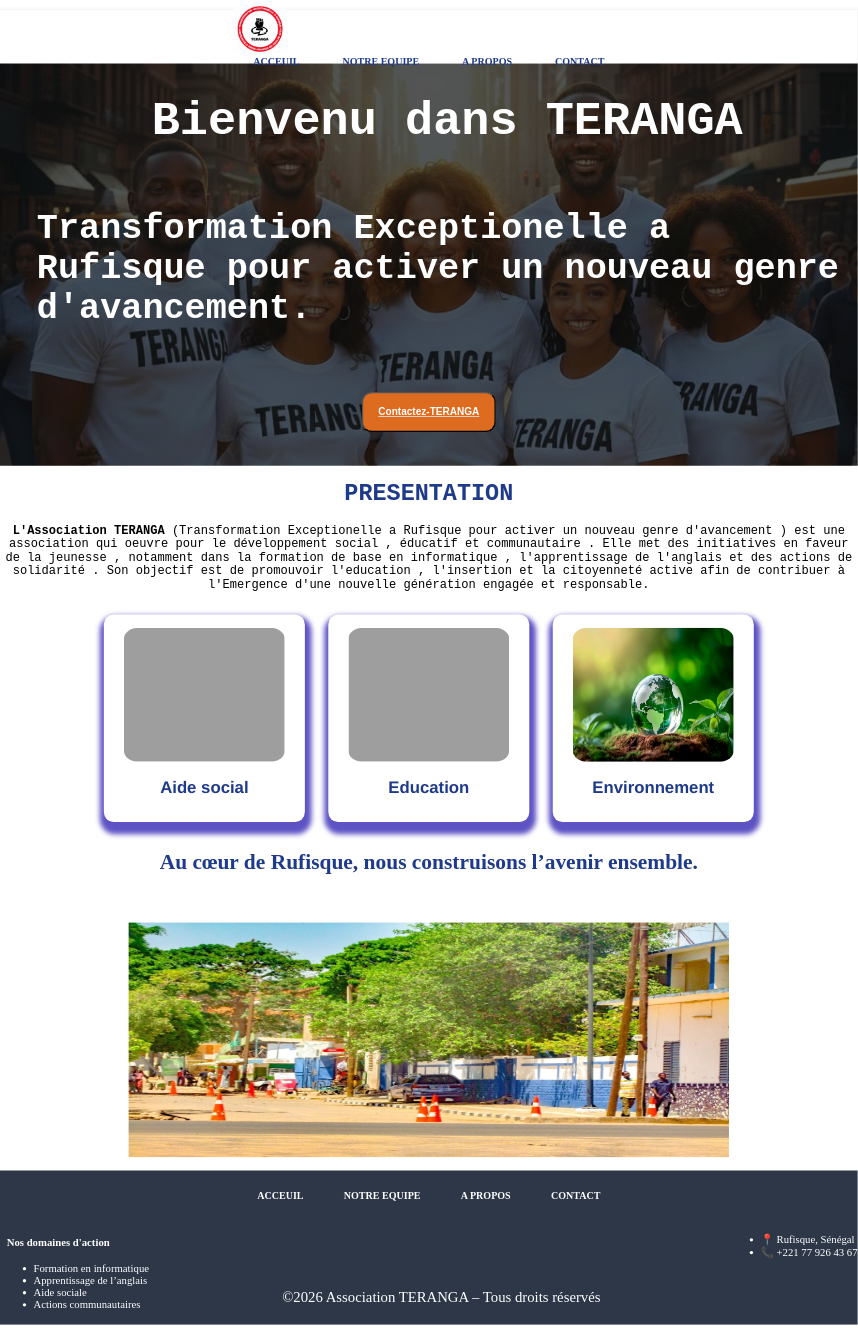
Repository: assanendao171/projet-teranga
Page: acceuil.html
An editor plug-in stored every save of this project. The page is shown before and after the next save, followed by the edit.
The browser window is 1280 px wide. The pictures show the whole page, at 67% of full size.
Pictures or frames that could not be fetched are drawn as grey boxes.

Above is the page before, as saved 2026-02-12 11:13:19.

After the next save:
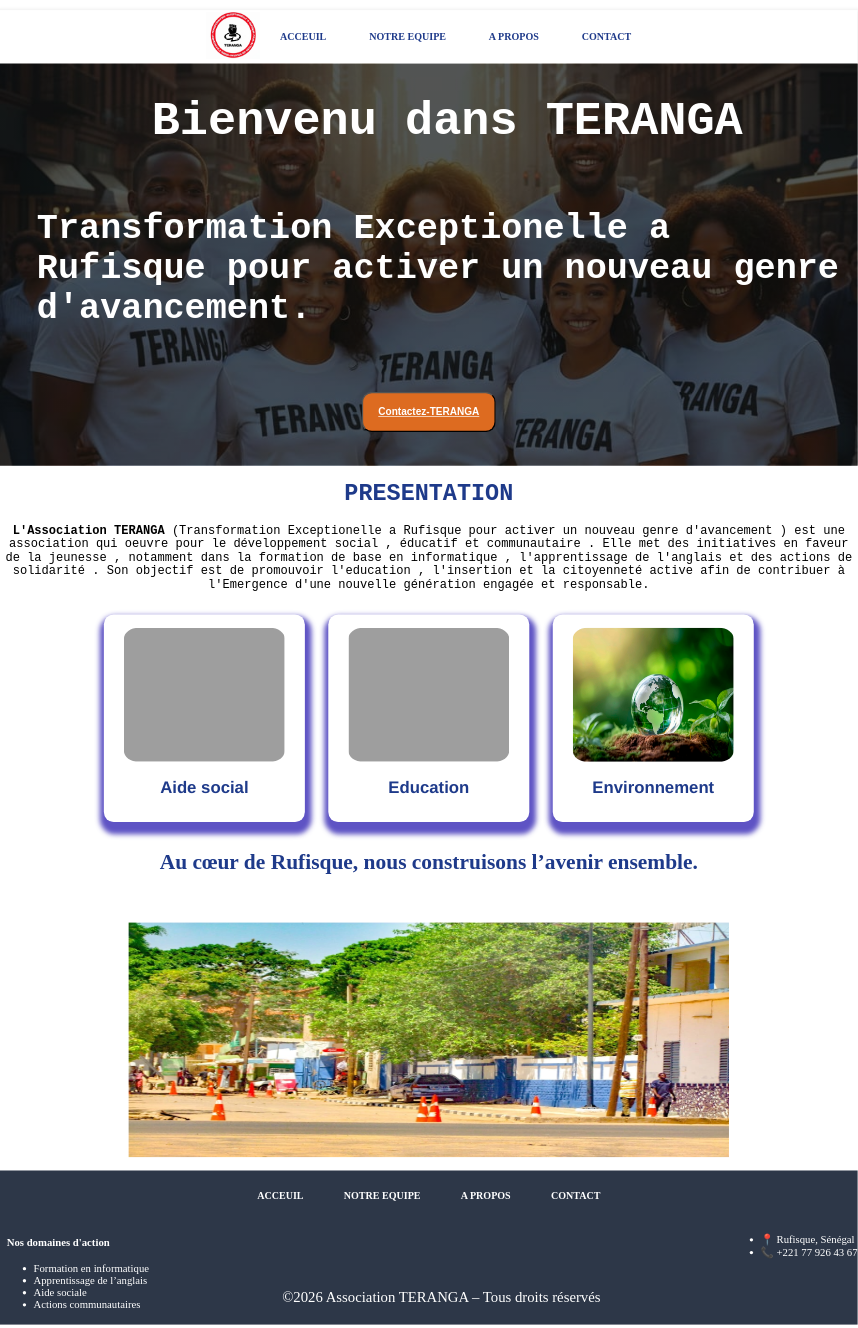
Saved 15 s later.
--- a/acceuil.html
+++ b/acceuil.html
@@ -9,7 +9,6 @@
   <body>
     <!-- l'entete -->
     <header>
-      <div class="principale">
       <!-- logo -->
        <div class="contain-logo">
       <img src="image/logo.jpeg" alt="" class="logo" />
